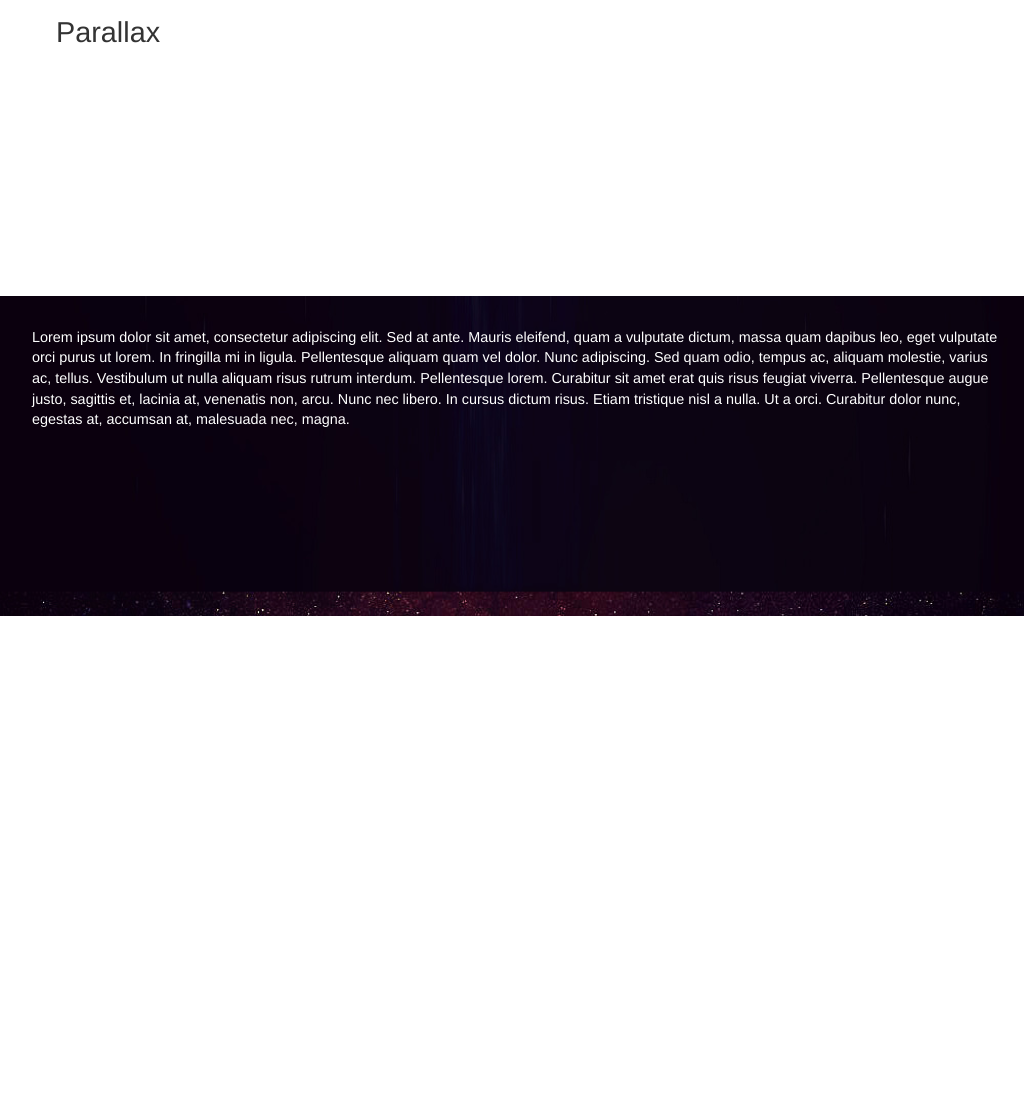
Repository: heshanera/HTML-CSS-JAVASCRITP
Page: parallax/parallax.html
The author's editor kept a record of every edit. The page is drawn from the files as they stood at one moment, then again after the next edit.
The browser window is 1280 px wide. The pictures show the whole page, at 80% of full size.
Some web libraries are served in a nearby version.

Above is the page before.

After the next edit:
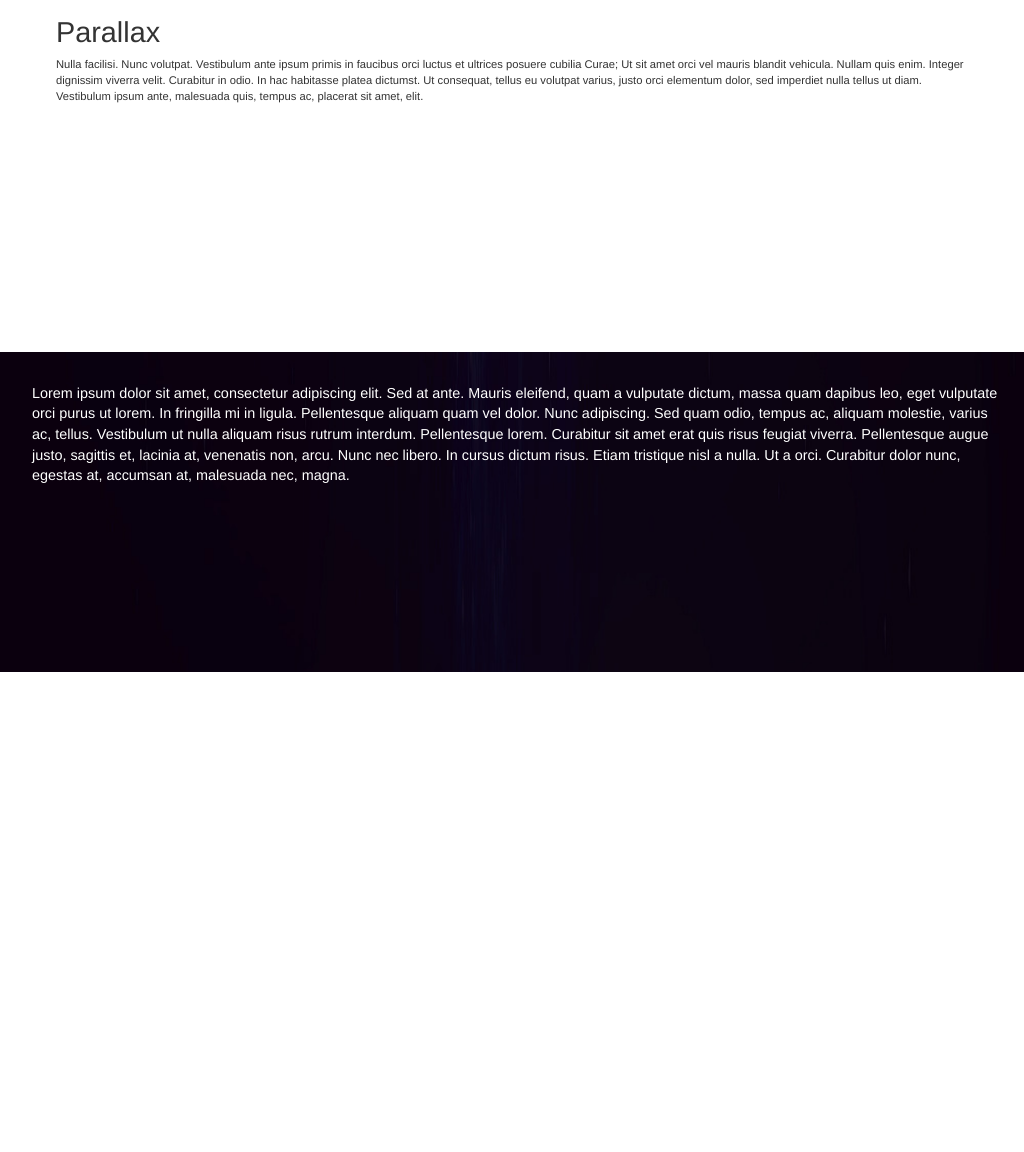
The edit:
--- a/parallax/parallax.html
+++ b/parallax/parallax.html
@@ -19,6 +19,9 @@
 
     <div class = "container">
       <h1> Parallax </h1>
+      <p>
+        Nulla facilisi. Nunc volutpat. Vestibulum ante ipsum primis in faucibus orci luctus et ultrices posuere cubilia Curae; Ut sit amet orci vel mauris blandit vehicula. Nullam quis enim. Integer dignissim viverra velit. Curabitur in odio. In hac habitasse platea dictumst. Ut consequat, tellus eu volutpat varius, justo orci elementum dolor, sed imperdiet nulla tellus ut diam. Vestibulum ipsum ante, malesuada quis, tempus ac, placerat sit amet, elit.
+      <p>
     </div>
     <div style = "margin-top:300px"></div>
 
